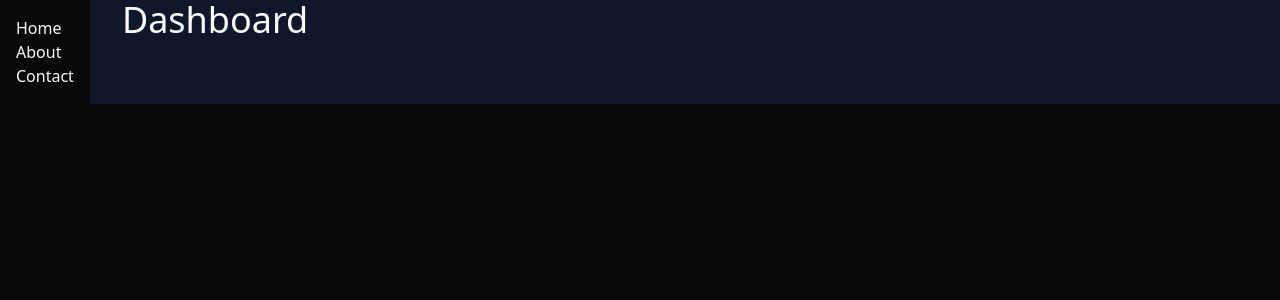
Repository: svoglimacci/recipe-app-tmp
Page: /app
An editor plug-in stored every save of this project. The page is shown before and after the next save, followed by the edit.
The browser window is 1280 px wide. The pictures show the whole page.
The project was rebuilt for these pictures with package versions that can differ from the ones it lists, and the page was loaded fresh each time. Also part of the build but not shown: vite.config.ts, src/components/Recipe.tsx, src/components/RecipeList.tsx, src/components/RecipeCard.tsx, src/views/Login.tsx, src/views/Landing.tsx, src/views/Home.tsx.

Above is the page before, as saved 2024-01-30 13:53:24.

After the next save:
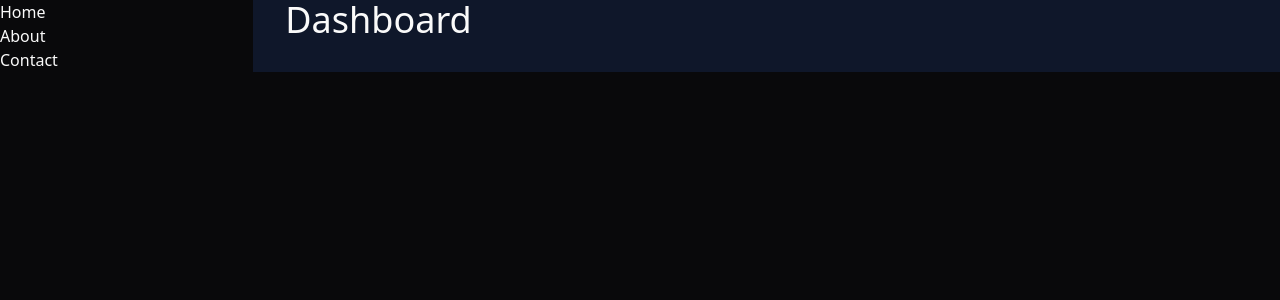
Saved 22 s later.
--- a/src/components/Nav.tsx
+++ b/src/components/Nav.tsx
@@ -1,7 +1,7 @@
 
 function Nav() {
   return (
-  <nav className="flex flex-row p-4">
+  <nav className="flex flex-row w-80">
   <ul className="flex flex-col justify-between">
     <li className="text-primary">Home</li>
     <li className="text-primary">About</li>
